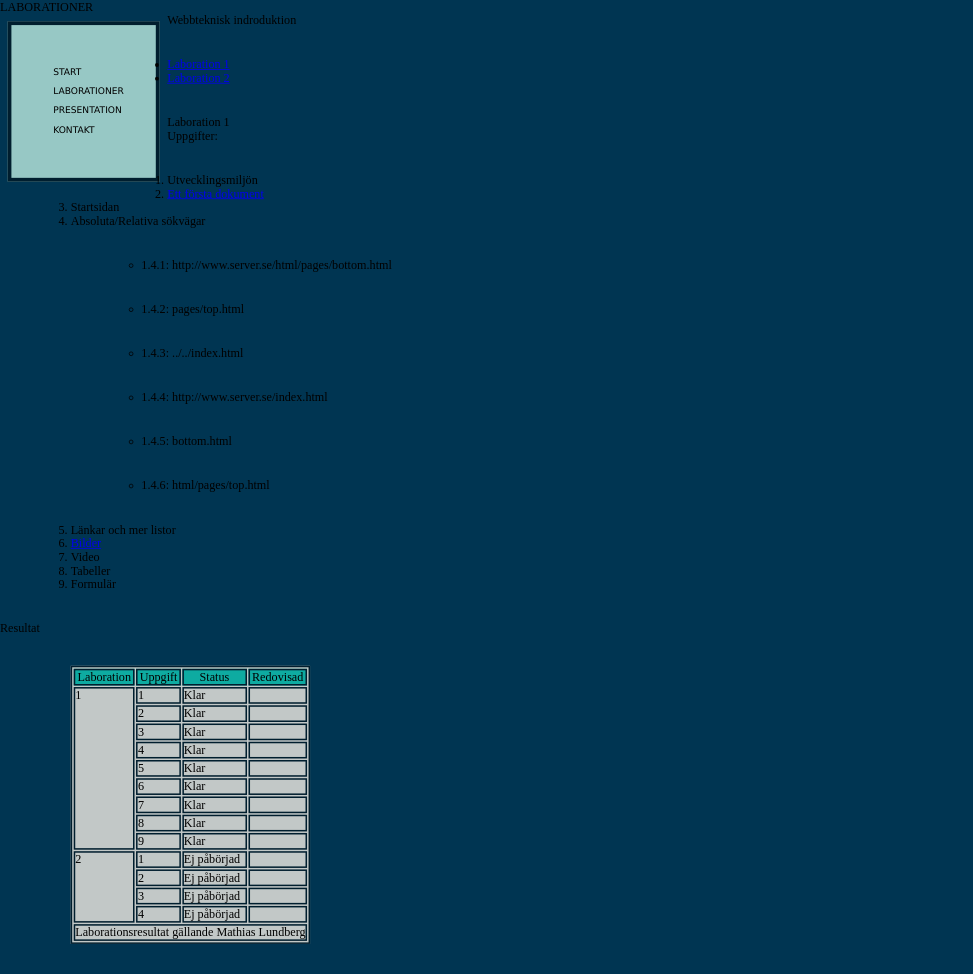
Repository: ml223nw/1ik415-laborationer
Page: pages/laborationer.html
The author's editor kept a record of every edit. The page is drawn from the files as they stood at one moment, then again after the next edit.
The browser window is 1280 px wide. The pictures show the whole page, at 76% of full size.

Above is the page before.

### pages/laborationer.html
<!DOCTYPE html>
<html lang="sv">
    <head>
        <meta charset="utf-8">
        <title>Laborationer - Mathias portal</title>
        <link rel="stylesheet" href="css/style.css"/>
    </head>
    <body>

        <h1>LABORATIONER</h1>
        <div id='navigation'>
            <ul>
                <li><a href="../index.html">Start</a></li>
                <li><a href="laborationer.html">Laborationer</a></li>
                <li><a href="presentation.html">Presentation</a></li>
                <li><a href="kontakt.html">Kontakt</a></li>
            </ul>
        </div>
        <h2>Webbteknisk indroduktion</h2>

            <ul>
        <li><a href="http://coursepress.lnu.se/kurs/webbteknisk-introduktion/laborationer/l01-struktur-och-innehall/">Laboration 1</a></li>
            <li><a href="https://coursepress.lnu.se/kurs/webbteknisk-introduktion/laborationer/l02-en-stiligare-portal/">Laboration 2</a></li>
    </ul>

        <h2>Laboration 1</h2>

        <p>Uppgifter:</p>

    <ol>
      <li>Utvecklingsmiljön</li>
      <li><a href="../pages/presentation.html#jag">Ett första dokument</a></li>
      <li>Startsidan</li>

      <li>Absoluta/Relativa sökvägar
        <ul>
          <li>1.4.1: http://www.server.se/html/pages/bottom.html</li>
        </ul>
      </li>

      <ul>
        <li>1.4.2: pages/top.html</li>
      </ul>

      <ul>
        <li>1.4.3: ../../index.html</li>
      </ul>

      <ul>
        <li>1.4.4: http://www.server.se/index.html</li>
      </ul>

      <ul>
        <li>1.4.5: bottom.html</li>
      </ul>

      <ul>
        <li>1.4.6: html/pages/top.html</li>
      </ul>


      <li>Länkar och mer listor</li>
      <li><a href="../index.html#svg">Bilder</a></li>
      <li>Video</li>
      <li>Tabeller</li>
      <li>Formulär</li>

    </ol>


          <h3>Resultat</h3>
  <table border='1'>
    <thead>
      <tr>
        <th>Laboration</th>
        <th>Uppgift</th>
        <th>Status</th>
        <th>Redovisad</th>
      </tr>
    </thead>
    <tbody>
      <tr>
      <td rowspan="9">1</td>
        <td>1</td>
        <td>Klar</td>
        <td></td>
      </tr>

          <tr>
            <td>2</td>
            <td>Klar</td>
            <td></td>
          </tr>

          <tr>
            <td>3</td>
            <td>Klar</td>
            <td></td>
          </tr>

          <tr>
            <td>4</td>
            <td>Klar</td>
            <td></td>
          </tr>

          <tr>
            <td>5</td>
            <td>Klar</td>
            <td></td>
          </tr>

          <tr>
            <td>6</td>
            <td>Klar</td>
            <td></td>
          </tr>

          <tr>
            <td>7</td>
            <td>Klar</td>
            <td></td>
          </tr>

          <tr>
            <td>8</td>
            <td>Klar</td>
            <td></td>
          </tr>

          <tr>
            <td>9</td>
            <td>Klar</td>
            <td></td>
          </tr>

          <tr>
          <td rowspan="4">2</td>
            <td>1</td>
            <td>Ej påbörjad</td>
            <td></td>
          </tr>

          <tr>
            <td>2</td>
            <td>Ej påbörjad</td>
            <td></td>
          </tr>

          <tr>
            <td>3</td>
            <td>Ej påbörjad</td>
            <td></td>
          </tr>

          <tr>
            <td>4</td>
            <td>Ej påbörjad</td>
            <td></td>
          </tr>
          </tbody>
      <tfoot>
      <tr>
          <td colspan="4">Laborationsresultat gällande Mathias Lundberg</td>
      </tr>
      </tfoot>
  </table>


        </body>
</html>

### css/style.css
/* http://meyerweb.com/eric/tools/css/reset/
   v2.0 | 20110126
   License: none (public domain)
*/

html, body, div, span, applet, object, iframe,
h1, h2, h3, h4, h5, h6, p, blockquote, pre,
a, abbr, acronym, address, big, cite, code,
del, dfn, em, img, ins, kbd, q, s, samp,
small, strike, strong, sub, sup, tt, var,
b, u, i, center,
dl, dt, dd, ol, ul, li,
fieldset, form, label, legend,
table, caption, tbody, tfoot, thead, tr, th, td,
article, aside, canvas, details, embed,
figure, figcaption, footer, header, hgroup,
menu, nav, output, ruby, section, summary,
time, mark, audio, video {
	margin: 0;
	padding: 0;
	border: 0;
	font-size: 100%;
	font: inherit;
	vertical-align: baseline;
}
/* HTML5 display-role reset for older browsers */
article, aside, details, figcaption, figure,
footer, header, hgroup, menu, nav, section {
}
#container {
    width:1024px;
    margin-left:auto;
    margin-right:auto;
    color:#004a74;
    background-color:#76c8c3;
	}
#header {
	background-color:#003552;
	background-image: url('../pics/logoTop.png');
	background-position: center;
	background-repeat: no-repeat;
	text-align:center;
	height:237px;
    }
#navigation {
	float:left;
	background-color:#42847D;
	width:205px;
	margin-top:5px;
	margin-right:5px;
	}

#content {
	float: right;
	float: left;
	color: black;
	background-color:#76c8c3;
	width:1024px;
	font-family:Georgia, serif;
	margin-top:5px;
	margin-bottom:5px;
	}

/* http://meyerweb.com/eric/tools/css/reset/
   v2.0 | 20110126
   License: none (public domain)
*/
html, body, div, span, applet, object, iframe,
h1, h2, h3, h4, h5, h6, p, blockquote, pre,
a, abbr, acronym, address, big, cite, code,
del, dfn, em, img, ins, kbd, q, s, samp,
small, strike, strong, sub, sup, tt, var,
b, u, i, center,
dl, dt, dd, ol, ul, li,
fieldset, form, label, legend,
table, caption, tbody, tfoot, thead, tr, th, td,
article, aside, canvas, details, embed,
figure, figcaption, footer, header, hgroup,
menu, nav, output, ruby, section, summary,
time, mark, audio, video {
	margin: 0;
	padding: 0;
	border: 0;
	font-size: 100%;
	font: inherit;
	vertical-align: baseline;
}

body {
	background-color:#003552;
	alignment-adjust:middle;
}

/* Main body for everything */
#container {
    width:1024px;
    margin-left:auto;
    margin-right:auto;
    color:#004a74;
    background-color:#003552;
	}

/* Top body of the webpage (where the logo goes) */
#header {
	margin-top:30px;
	margin-bottom:30px;
	background-color:#003552;
	background-image: url('../pics/logoTop.png');
	background-position: center;
	background-repeat: no-repeat;
	height:237px;
    }

/* Body of the menu */
#navigation {
	border-style:solid;
    border-width:5px;
    border-color:#001E2E;
	margin-top:10px;
	margin-bottom:10px;
	float:left;
	background-color:#97C8C5;
	padding-top:20px;
	padding-bottom:20px;
	width:190px;
	margin-right:10px;
	margin-left:10px;
	}

/* Alignments of the menu fonts */
#navigation ul {
    margin-top:5px;
    margin-bottom:5px;
    margin:30px;
    padding-right:20px;
    list-style:none;
	}

/* Body of the content */
#content {
	float:left;
	border-style:solid;
    border-width:5px;
    border-color:#001E2E;
	background-color: #97C8C5;
	width:780px;
	font-family:Georgia, serif;
	padding-top:20px;
	padding-bottom:20px;
	margin-top:10px;
	margin-bottom:10px;
	}

/* Font sizes, colors and alignment of contents */
#content h3, h4, video, ul, ol, table {
    margin:40px 93px 40px 93px;
    color:black;
    }

#content img {
    border-left:solid 0px;
    border-right:solid 15px;
    border-color: #97C8C5;
    float:left;
    margin-left:93px;
    }

#content h2 {
    margin:30px 60px 110px 60px;
    color:black;
    }

#content h2 {
    color:black;
	font-size: 2.0em;
    font-weight: bold;
	text-transform: uppercase;
    }

#content h3 {
   	color:black;
	font-size: 1.2em;
	font-weight: bold;
    }

#content p {
    margin:30px 93px 30px 93px;
    color:black;
    }

#content li {
    margin:40px;
    }

#postlink {
    margin:30px 93px 30px 93px;
}

/* Author of the webpage */
#footer {
    margin-left:854px;
	margin-top:10px;
	margin-bottom:15px;
    background-color:#76c8c3;
    width:154px;
    font-family:"Times New Roman", serif;
    font-size:2;
    clear:both;
}

#footer p {
    text-indent:10px;
	color:black;

}

/* Blog post author */
.postfooter {
	margin-left:auto;
	margin-right:auto;
	font-style:italic;
	text-indent:10px;
	background-color:#C2C8C7;
    border: 1px solid #001E2E;
    border-bottom-style:solid;
    border-top-style:solid;
    border-left-style:none;
    border-right-style:none;
	width: 593px;
	line-height: 180%;
}

#navigation a {
    font-size:12px;
    line-height: 210%;
    text-decoration:none;
    font-family:Verdana, sans-serif;
    color:black;
    text-transform:uppercase;
    display:block;
    background-repeat: no-repeat;
    text-indent:25px;
}

#home {
    width: 24px;
    height: 24px;
    background: url('pics/sprite.png') 0 0px;
    background-repeat: no-repeat;
}

#home:hover {
    width: 24px;
    height: 24px;
    background: url('pics/sprite.png') 0 -48px;
    background-repeat: no-repeat;
}

#lab {
    width: 24px;
    height: 24px;
    background: url('pics/sprite.png') 0 -95px;
    background-repeat: no-repeat;
}

#lab:hover {
    width: 24px;
    height: 24px;
    background: url('pics/sprite.png') 0 -143px;
    background-repeat: no-repeat;
}

#pres {
    width: 24px;
    height: 24px;
    background: url('pics/sprite.png') 0 -191px;
    background-repeat: no-repeat;
}

#pres:hover {
    width: 24px;
    height: 24px;
    background: url('pics/sprite.png') 0 -239px;
    background-repeat: no-repeat;
}

#kontakt {
    width: 24px;
    height: 24px;
    background: url('pics/sprite.png') 0 -287px;
    background-repeat: no-repeat;
}

#kontakt:hover {
    width: 24px;
    height: 24px;
    background: url('pics/sprite.png') 0 -335px;
    background-repeat: no-repeat;
}

/* Mouse pointer hovering a menu link */
#navigation a:hover {
    background-color:#0EABA1;
    width:130px;

/* Link is yellow depending on which page is shown */
}
#navigation .active {
    background-color:yellow;
    width:130px;
}

#content a:hover {
    font-size:100%;
    color:yellow;
    text-decoration:underline;
}
#content a:visited a:hover {
    font-size:100%;
    color:black;
    text-decoration:underline;
}

/* Page title */
.title {
	background-color:#97C8C5;
	margin-right:10px;
	margin-left:10px;
    width:160px;
    border-color:#001E2E;
    }

/* Positon of the page title */
#mathiasportal {
    margin-left:30px;
    font-size:0.8em;
    font-weight: bold;
    font-family:Verdana, sans-serif;
    color:black;
}

/* Table */
table, th, td {
   border: 2px solid #001E2E;
   background-color:#C2C8C7;
}


th {
    background-color:#0EABA1;
}

#submit {
	margin-left:auto;
	margin-right:auto;
	margin-top:30px;
}

/* Alignments of the images in #content */
.left {
	margin-left:26px;
	margin-right:93px;
}

.right {
    float:right;
}

/* Contact forms */
#content form {
    margin:40px 93px 40px 93px;
}


fieldset {
    margin-left:auto;
	margin-right:auto;
    border:2px solid #001E2E;
    background-color: #C2C8C7;
}

#content input {
    margin-left:90px;
}

textarea {
    resize:none;
    width:400px;
    height:110px;
}

#content .radio {
	margin-left:auto;
	margin-right:auto;
}

legend {
    margin-left:90px;
    background-color:#0EABA1;
    color:black;
}

#hcard-Mathias-Lundberg-Simon-Lundberg {
    background-color:#C2C8C7;
    border:solid 1px black;
    margin:30px 93px 30px 93px;
    color:black;
}

#hcard-Mathias-Lundberg-Simon-Lundberg p {
    margin:30px 0px 30px 0px;
    color:black;
}

After the next edit:
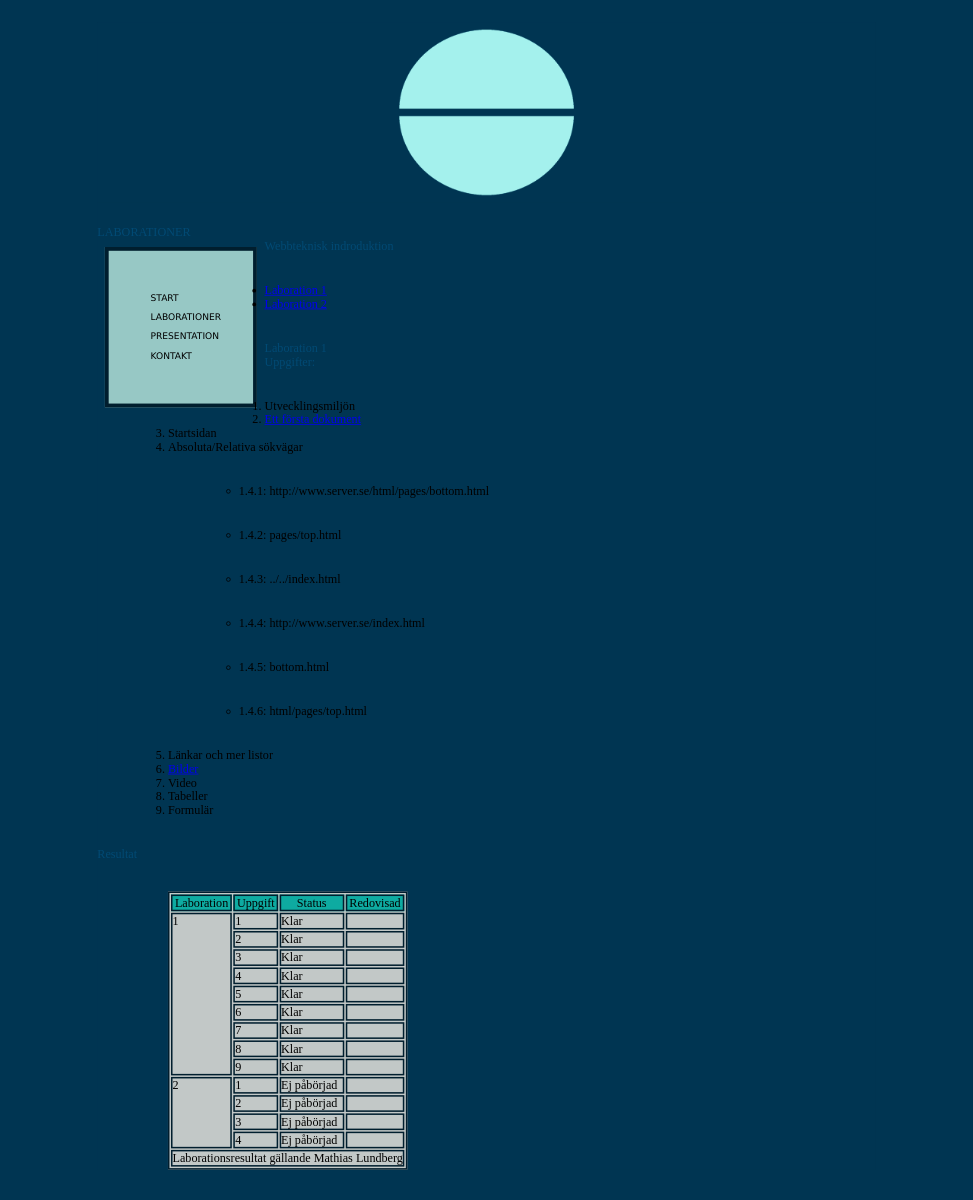
The edit:
--- a/pages/laborationer.html
+++ b/pages/laborationer.html
@@ -6,7 +6,9 @@
         <link rel="stylesheet" href="css/style.css"/>
     </head>
     <body>
-
+    <div id='container'>
+    <div id="header">
+    </div>
         <h1>LABORATIONER</h1>
         <div id='navigation'>
             <ul>
